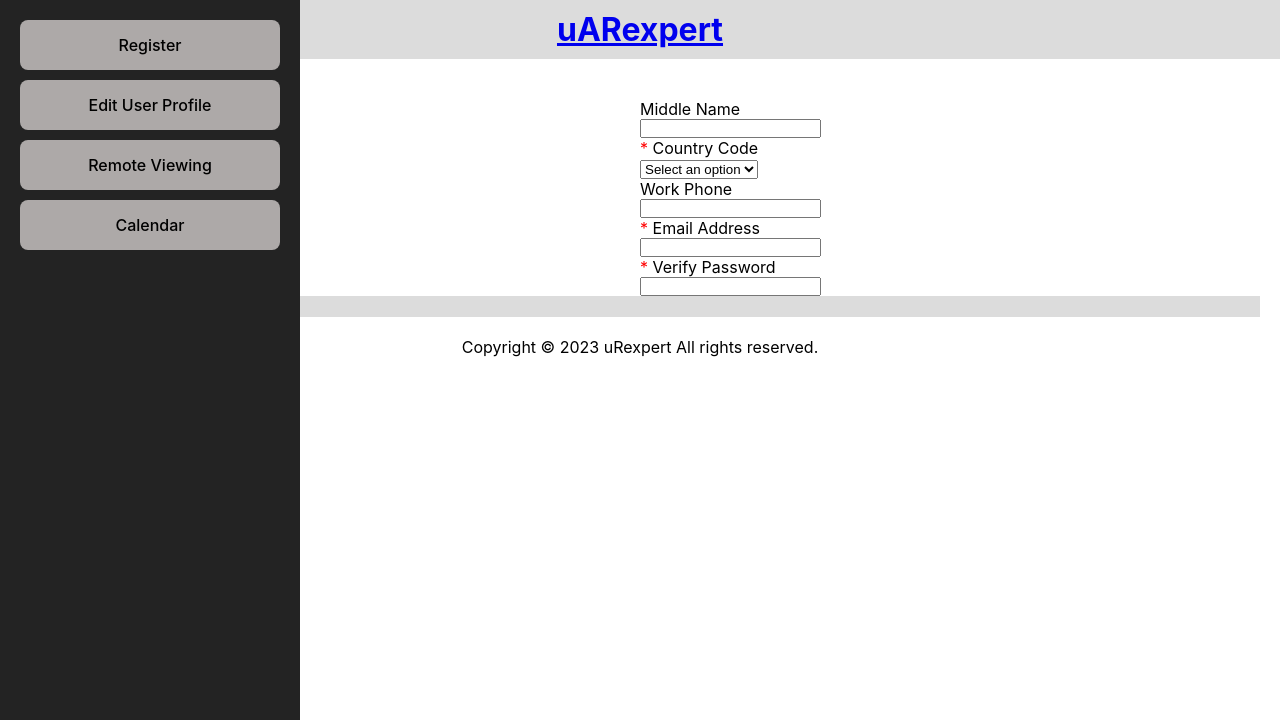
Repository: onionNguyen/Senior-Design-Project
Page: /register (app in frontend/)
These files come from the project's save history. The page is drawn as it stood at one moment and after the next save; the edit follows.
The browser window is 1280 px wide. The pictures show the whole page.
The page's requests for data from a server got no answer. The project was rebuilt for these pictures with package versions that can differ from the ones it lists, and the page was loaded fresh each time. No one was signed in, and anything a server would have sent is missing. Also part of the build but not shown: frontend/src/components/pages/edit-user-profile/EditProfile.module.css, frontend/src/components/pages/edit-user-profile/EditProfile.js, frontend/src/components/pages/login/Login.module.css, frontend/src/components/pages/login/Login.js, frontend/src/components/pages/home/Home.module.css, frontend/src/components/pages/error/Unauthorized.js, frontend/src/components/pages/home/Home.js, frontend/src/components/pages/error/NotFound.js and 2 more.

Above is the page before, as saved 2023-10-27 03:22:13.

After the next save:
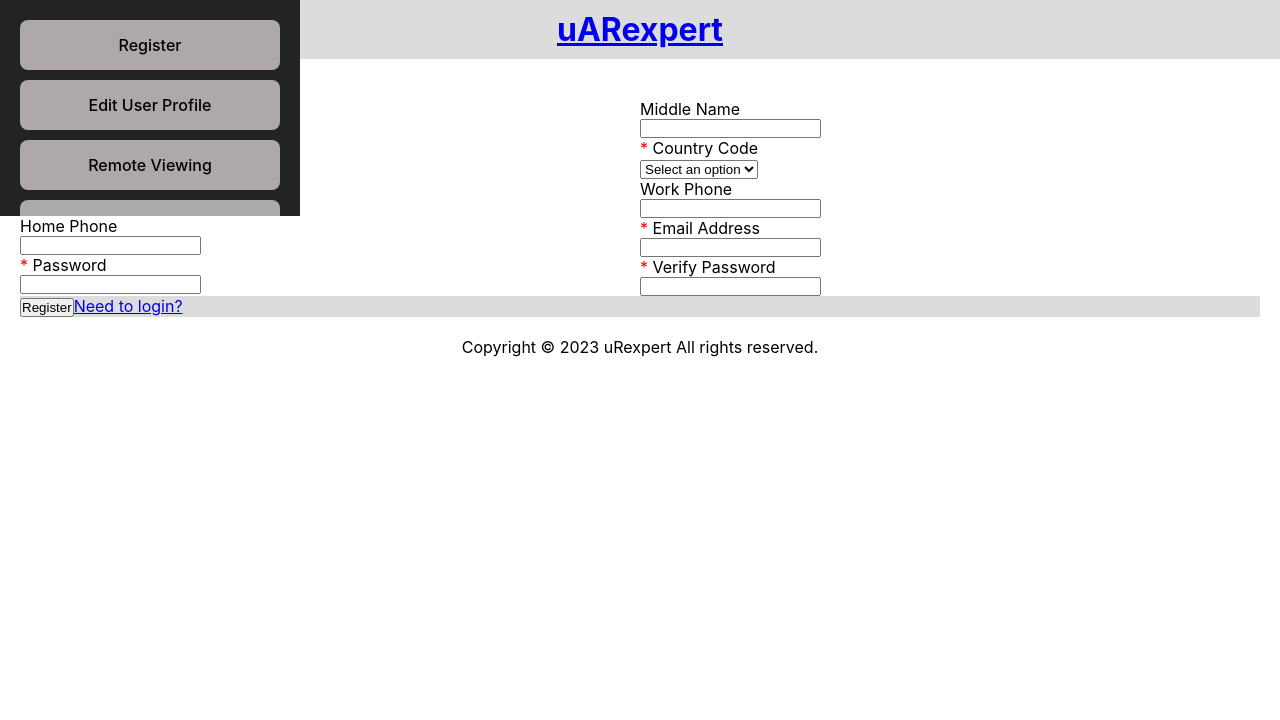
Saved 43 s later.
--- a/frontend/src/components/sidenav/SideNav.module.css
+++ b/frontend/src/components/sidenav/SideNav.module.css
@@ -1,5 +1,5 @@
 .sidenav {
-  height: 100vh;
+  height: 30vh;
   width: 300px; /* Fixed width to ensure uniform look across different screens */
   max-width: 80%; /* Ensure it doesn't consume too much space on smaller screens */
   z-index: 1;
